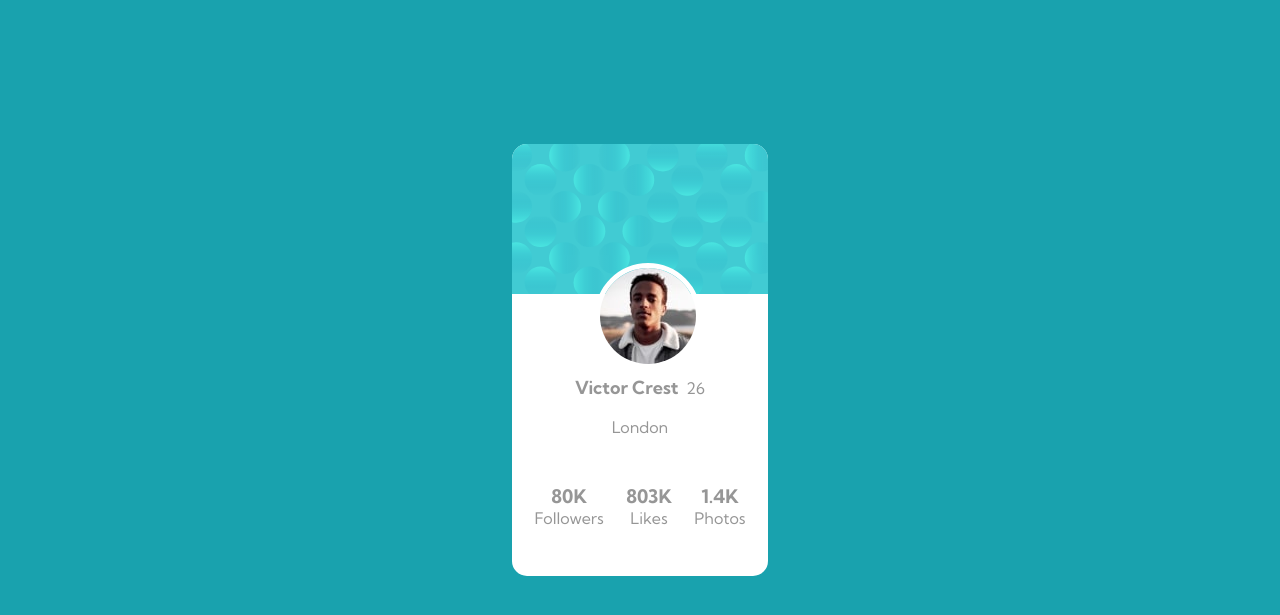
Repository: PratypartyY2K/frontendmentor-challenges
Page: profile-card-component-main/index.html
An editor plug-in stored every save of this project. The page is shown before and after the next save, followed by the edit.
The browser window is 1280 px wide. The pictures show the whole page.

Above is the page before, as saved 2021-07-15 13:46:09.

### profile-card-component-main/index.html
<!DOCTYPE html>
<html lang="en">
  <head>
    <meta charset="UTF-8" />
    <meta name="viewport" content="width=device-width, initial-scale=1.0" />
    <!-- displays site properly based on user's device -->

    <link
      rel="icon"
      type="image/png"
      sizes="32x32"
      href="./images/favicon-32x32.png"
    />

    <title>Frontend Mentor | Profile card component</title>

    <link rel="stylesheet" href="style.css" />
  </head>
  <body>
    <!--
    <div class="bg-upper-img">
      <img src="images/bg-pattern-top.svg">
    </div>
  -->
    <div class="card-wrapper">
      <div class="upper-div">
        <!--background-->
      </div>
      <img src="images/image-victor.jpg">
      <div class="middle-div">

          <div class="row-1"><h3>Victor Crest</h3>26</div>
          <div class="row-2">London</div>

      </div>
      <div class="stats">
        <div class="stat_element">
          <h3>80K</h3>
          Followers
        </div>
        <div class="stat_element">
          <h3>803K</h3>
          Likes
        </div>
        <div class="stat_element">
          <h3>1.4K</h3>
          Photos
        </div>
      </div>
    </div>

    <!--
    <div class="attribution">
      Challenge by
      <a href="https://www.frontendmentor.io?ref=challenge" target="_blank"
        >Frontend Mentor</a
      >. Coded by
      <a
        href="https://www.frontendmentor.io/profile/PratypartyY2K"
        target="_blank"
        >Pratyush</a
      >.
    -->
    </div><!--
    <div class="bg-bottom-img">
      <img src="images/bg-pattern-bottom.svg">
    </div>-->
  </body>
</html>

### profile-card-component-main/style.css
@import url("https://fonts.googleapis.com/css2?family=Kumbh+Sans:wght@400;700&display=swap");

:root {
  --primary-cyan: hsl(185, 75%, 39%);
  --primary-blue: hsl(229, 23%, 23%);
  --primart-grayish-blue: hsl(227, 10%, 46%);
  --neutral-dark-gray: hsl(0, 0%, 59%);
}

* {
    box-sizing: border-box;
}

body {
  font-family: "Kumbh Sans", sans-serif;
  position: relative;
  background-color: var(--primary-cyan);
  min-height: 100vh;
  display: flex;
  flex-direction: column;
  justify-content: center;
  align-items: center;
  margin: 0;
}

.card-wrapper {
    display: flex;
    flex-direction: column;
    background-color: white;
    width: 20%;
    position: relative;
    border-radius: 15px;
    overflow: hidden;
    text-align: center;
    color: var(--neutral-dark-gray);
}

.upper-div {
    background-image: url('images/bg-pattern-card.svg');
    background-repeat: no-repeat;
    background-size: cover;
    width: 100%;
    height: 150px;
}

.card-wrapper img {
    position: absolute;
    border-radius: 50%;
    border: 5px solid white;
    left: 32.5%;
    top: 27.5%;
}

.middle-div {
    display: flex;
    flex-direction: column;
    margin-top: 4rem;
}

.row-1 {
    display: flex;
    justify-content: center;
    align-items: center;
}

.row-1 h3 {
    padding: 0;
    margin-right: 0.5rem;
    font-size: 18px;
}

.stats {
    display: flex;
    justify-content: space-evenly;
}

.stat_element {
    display: flex;
    flex-direction: column;
    padding: 3rem 0;
    border-top: ;
}

.stat_element h3 {
    margin: 0;
}





/*
.attribution {
  font-size: 11px;
  text-align: center;
}
.attribution a {
  color: hsl(228, 45%, 44%);
}
*/

After the next save:
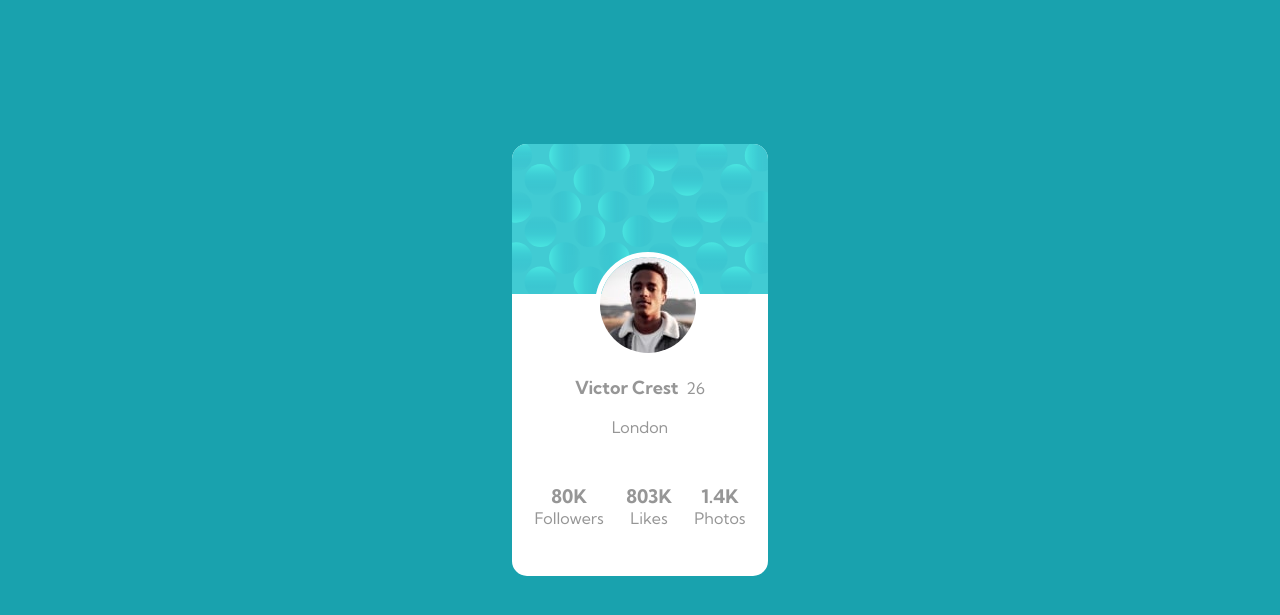
Saved 7 s later.
--- a/profile-card-component-main/style.css
+++ b/profile-card-component-main/style.css
@@ -48,7 +48,7 @@ body {
     border-radius: 50%;
     border: 5px solid white;
     left: 32.5%;
-    top: 27.5%;
+    top: 25%;
 }
 
 .middle-div {
